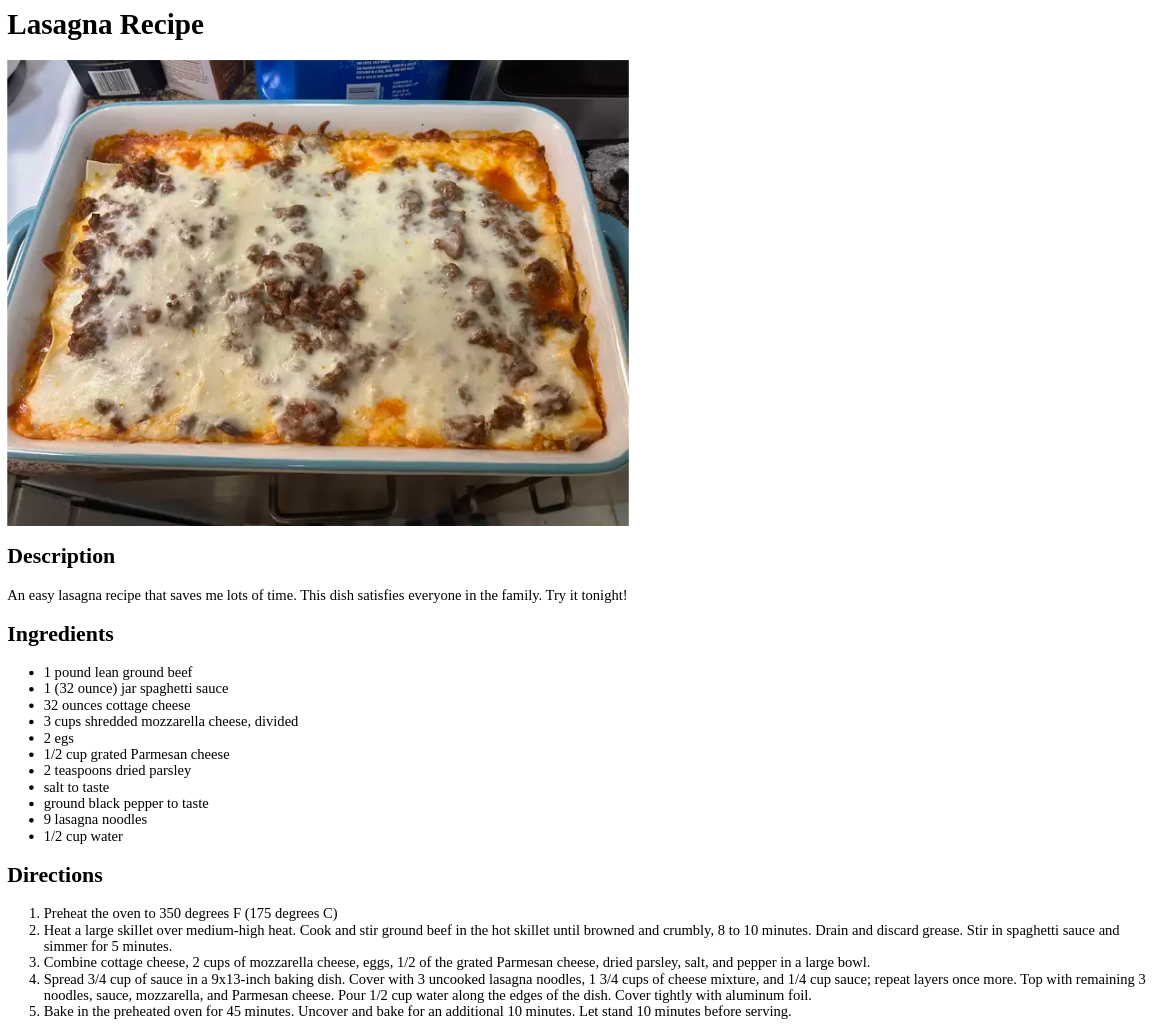
Repository: rsoetydev/odin-recipes
Page: recipes/eggsalad.html
These files come from the project's save history. The page is drawn as it stood at one moment and after the next save; the edit follows.
The browser window is 1280 px wide. The pictures show the whole page, at 91% of full size.

Above is the page before, as saved 2023-11-25 11:14:55.

After the next save:
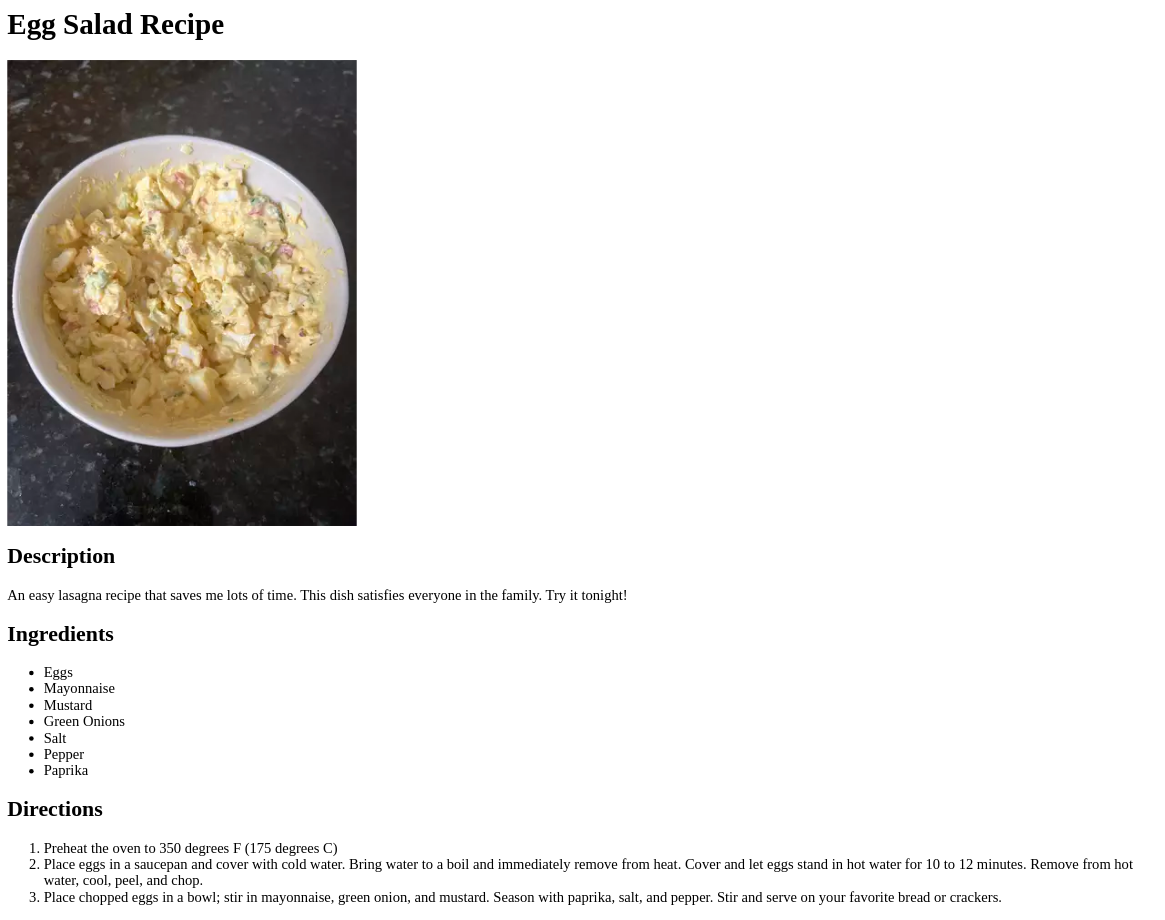
Saved 10 min 0 s later.
--- a/recipes/eggsalad.html
+++ b/recipes/eggsalad.html
@@ -1,29 +1,22 @@
-<h1>Lasagna Recipe</h1>
-<img src="./images/lasagna.webp" alt="Lasagna Picture">
+<h1>Egg Salad Recipe</h1>
+<img src="./images/eggsalad.webp" alt="Lasagna Picture">
 
 <h2>Description</h2>
 <p>An easy lasagna recipe that saves me lots of time. This dish satisfies everyone in the family. Try it tonight!</p>
 
 <h2>Ingredients</h2>
 <ul>
-    <li>1 pound lean ground beef</li>
-    <li>1 (32 ounce) jar spaghetti sauce</li>
-    <li>32 ounces cottage cheese</li>
-    <li>3 cups shredded mozzarella cheese, divided</li>
-    <li>2 egs</li>
-    <li>1/2 cup grated Parmesan cheese</li>
-    <li>2 teaspoons dried parsley</li>
-    <li>salt to taste</li>
-    <li>ground black pepper to taste</li>
-    <li>9 lasagna noodles</li>
-    <li>1/2 cup water</li>
+    <li>Eggs</li>
+    <li>Mayonnaise</li>
+    <li>Mustard</li>
+    <li>Green Onions</li>
+    <li>Salt</li>
+    <li>Pepper</li>
+    <li>Paprika</li>
 </ul>
 
 <h2>Directions</h2>
 <ol>
     <li>Preheat the oven to 350 degrees F (175 degrees C)</li>
-    <li>Heat a large skillet over medium-high heat. Cook and stir ground beef in the hot skillet until browned and crumbly, 8 to 10 minutes. Drain and discard grease. Stir in spaghetti sauce and simmer for 5 minutes.</li>
-    <li>Combine cottage cheese, 2 cups of mozzarella cheese, eggs, 1/2 of the grated Parmesan cheese, dried parsley, salt, and pepper in a large bowl.</li>
-    <li>Spread 3/4 cup of sauce in a 9x13-inch baking dish. Cover with 3 uncooked lasagna noodles, 1 3/4 cups of cheese mixture, and 1/4 cup sauce; repeat layers once more. Top with remaining 3 noodles, sauce, mozzarella, and Parmesan cheese. Pour 1/2 cup water along the edges of the dish. Cover tightly with aluminum foil.</li>
-    <li>Bake in the preheated oven for 45 minutes. Uncover and bake for an additional 10 minutes. Let stand 10 minutes before serving.</li>
-</ol>
+    <li>Place eggs in a saucepan and cover with cold water. Bring water to a boil and immediately remove from heat. Cover and let eggs stand in hot water for 10 to 12 minutes. Remove from hot water, cool, peel, and chop.    </li>
+    <li>Place chopped eggs in a bowl; stir in mayonnaise, green onion, and mustard. Season with paprika, salt, and pepper. Stir and serve on your favorite bread or crackers.</li>
